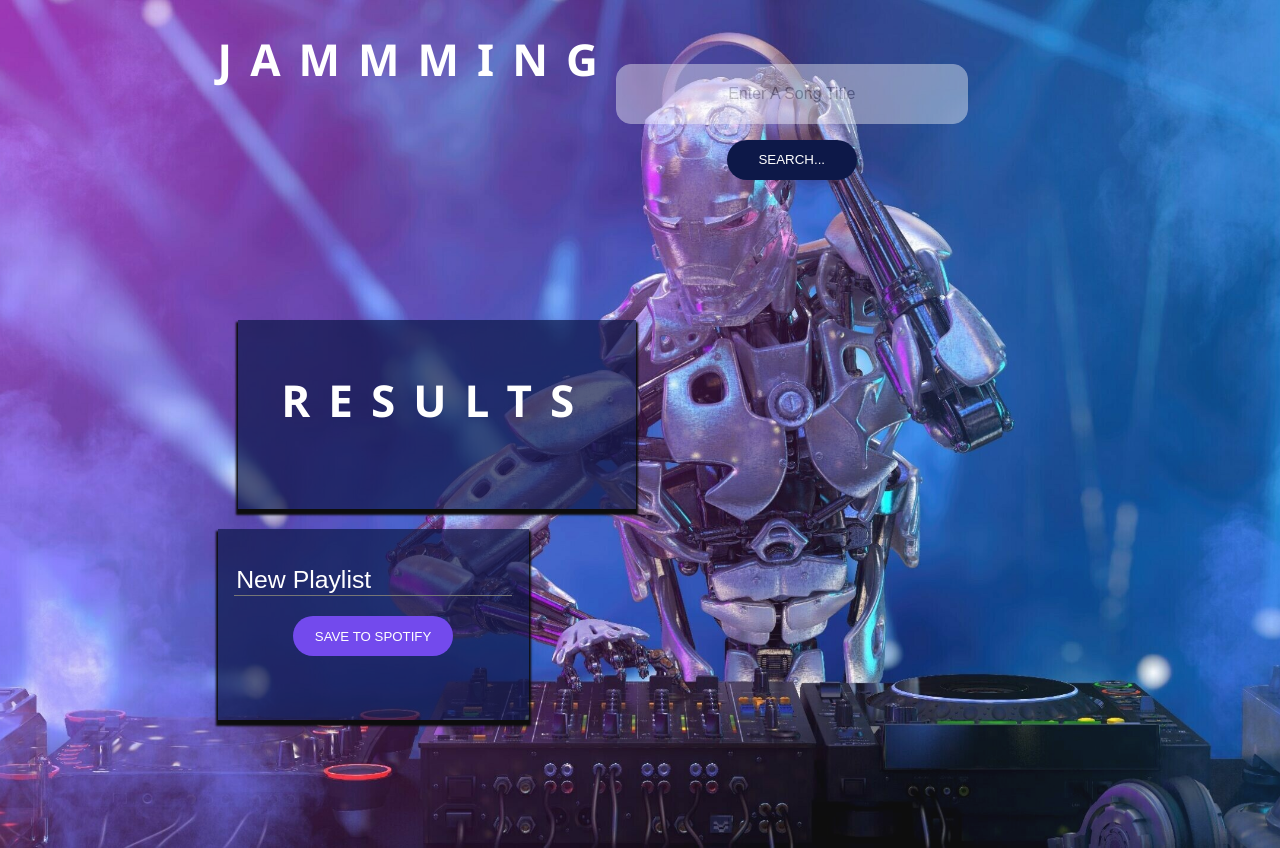
Repository: LolaSL/jamming
Page: /
These files come from the project's save history. The page is drawn as it stood at one moment and after the next save; the edit follows.
The browser window is 1280 px wide. The pictures show the whole page.
The project was rebuilt for these pictures with package versions that can differ from the ones it lists, and the page was loaded fresh each time. Also part of the build but not shown: src/components/Track/Track.css, src/components/Track/Track.jsx.

Above is the page before, as saved 2023-06-22 18:51:33.

After the next save:
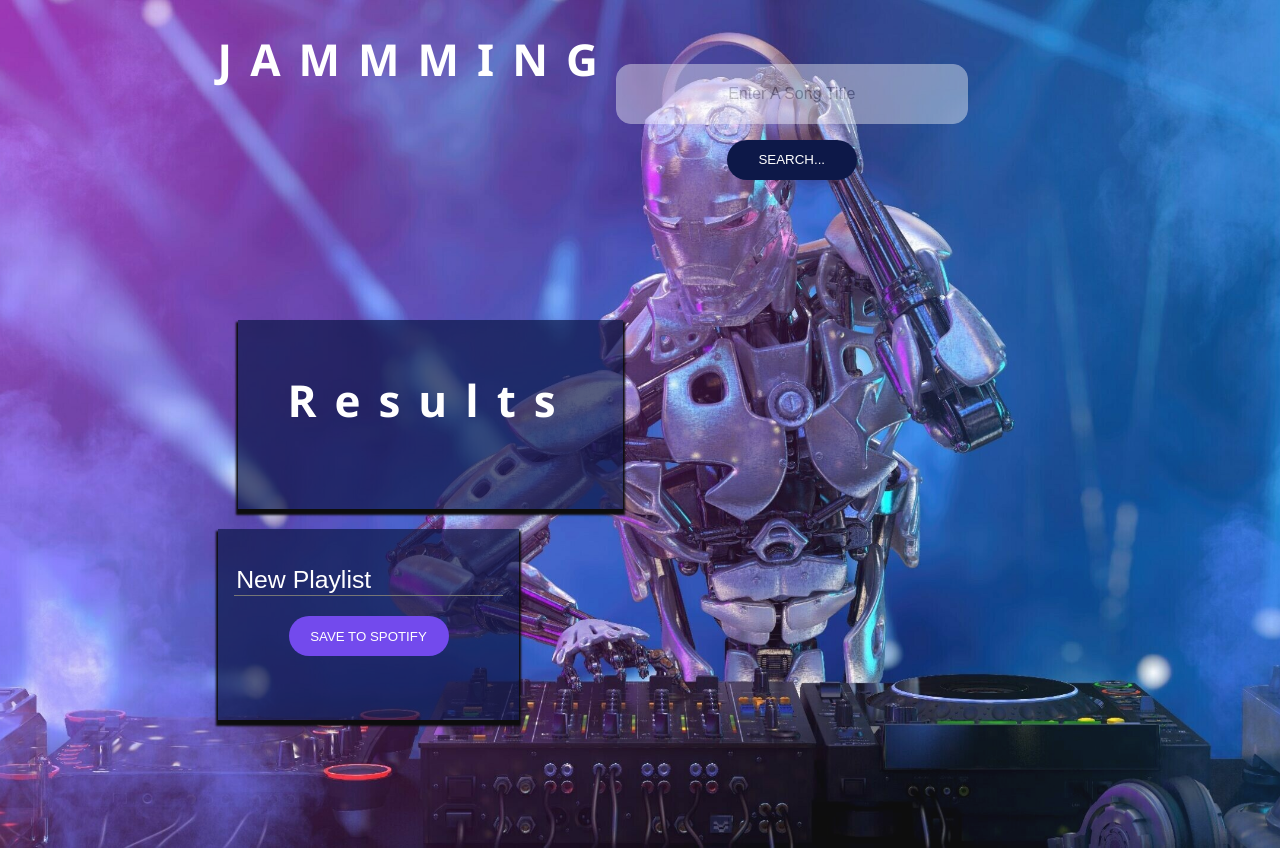
Saved 10 s later.
--- a/src/components/SearchResults/SearchResults.css
+++ b/src/components/SearchResults/SearchResults.css
@@ -9,7 +9,6 @@
   }
   h2{
     font-family:'Segoe UI', Tahoma, Geneva, Verdana, sans-serif;
-    text-transform: uppercase;
     letter-spacing: 18px;
     color: #ffffff;
     font-size: 2.75rem;
